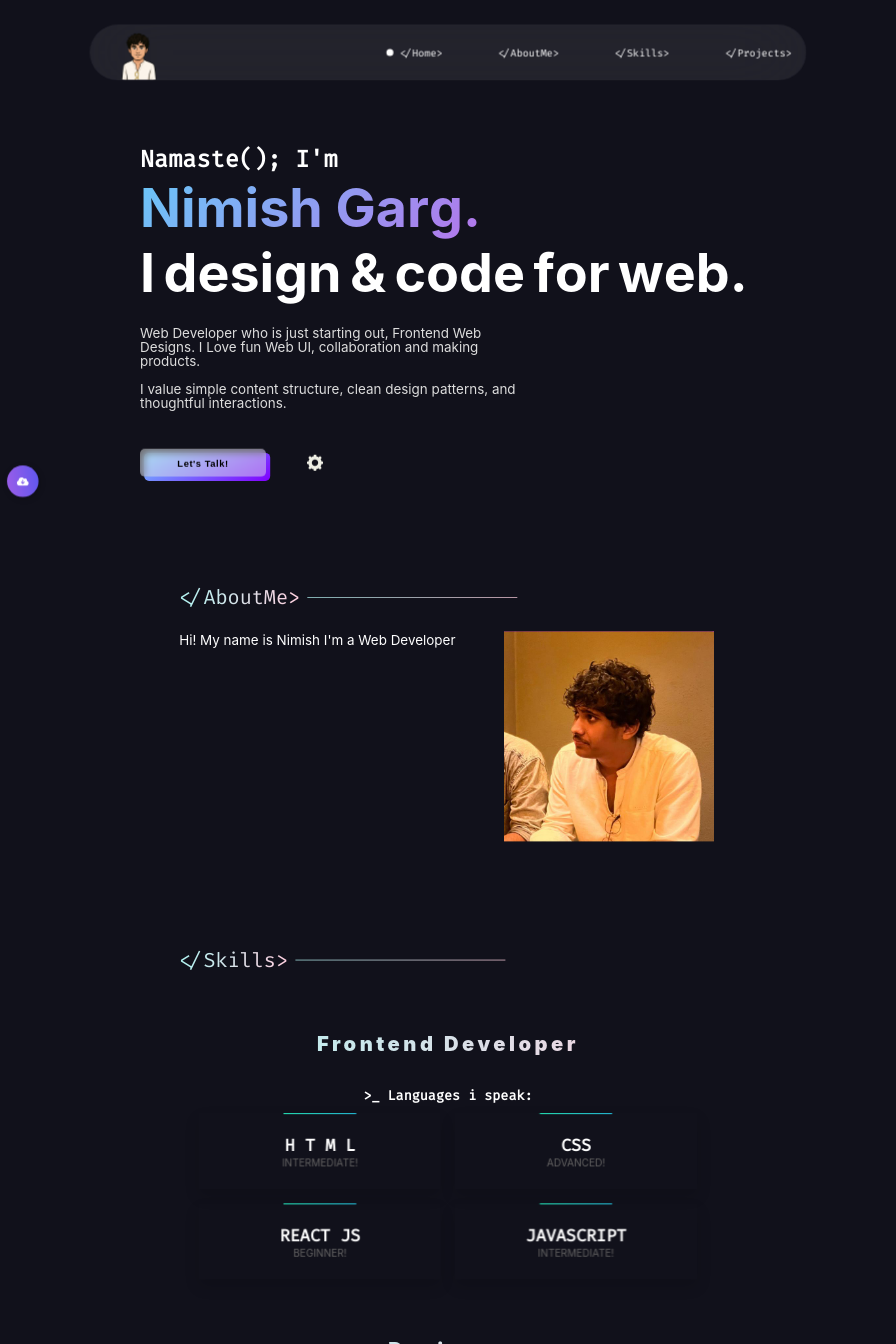
Repository: Nimish05Z/Profile
Page: indexasdadads.html
The author's editor kept a copy of each file at every save. The page is drawn from the files as they stood at one save, then again after the next save.
The browser window is 1280 px wide. The pictures show the part of the page from y = 0 to 1920 px (the page is 5564 px tall), at 70% of full size.
A picture or video elsewhere on the page could not be fetched, so the positions and the page height are approximate. Some web fonts or font styles are not loaded; a fallback is used.

Above is the page before, as saved 2025-05-04 12:26:55.
Console error: TypeError: Cannot read properties of null (reading 'addEventListener')

### indexasdadads.html
<!DOCTYPE html>
<html lang="en">
	<head>
		<meta charset="UTF-8" />
		<meta name="viewport" content="width=device-width, initial-scale=1.0" />
		<title>Nimish Garg</title>

		<!-- Favicon -->
		<link rel="icon" type="image/png" href="src/media/favicon.webp" />

		<!-- Styles -->
		<link rel="stylesheet" href="./style.css" />
		<link
			rel="stylesheet"
			href="https://fonts.googleapis.com/css2?family=Material+Symbols+Outlined:opsz,wght,FILL,GRAD@48,400,0,0" />
		<link
			rel="stylesheet"
			href="https://fonts.googleapis.com/css2?family=Passions+Conflict&family=Orbitron&family=Fira+Code&family=Six+Caps" />

		<!-- Open Graph for Social Sharing -->
		<meta property="og:title" content="Nimish Garg – Founder @ Market Mate" />
		<meta property="og:description" content="Explore my journey, startup, and work portfolio." />
		<meta property="og:image" content="src/webp/pic3.webp" />

		<!-- SEO -->
		<meta
			name="description"
			content="Portfolio website of Nimish Garg, entrepreneur and founder of Market Mate." />
	</head>
	<body class="body">
		<audio loop="" id="audioPlayer" autoplay="" style="display: none">
			<source src="src/media/preloader.mp3" type="audio/mp3" />
		</audio>
		<div id="preloader"></div>
		<noscript>
			<div style="text-align: center; color: red; font-weight: bold">
				<div>This website requires JavaScript to function properly.</div>
				<div>Please enable JavaScript in your browser settings and refresh the page.</div>
			</div>
		</noscript>

		<header>
			<div class="navbar" id="navbar">
				<div class="hey">Hey!</div>
				<div class="logo" tabindex="0">
					<div class="logo-bottom">
						<img src="src/webp/pic1.png" alt="animation-body" />
					</div>
				</div>
				<div class="navbar-tabs" id="navbar-tabs">
					<ul class="navbar-tabs-ul">
						<a href="#home" tabindex="0" aria-label="Home menu button">
							<li
								class="home activeThistab navbar-tabs-li"
								data-aos="fade-down"
								data-aos-delay="100">
								&#60;/Home&#62;
							</li>
						</a>
						<a href="#about" aria-label="about menu button">
							<li class="about navbar-tabs-li" data-aos="fade-down" data-aos-delay="300">
								&#60;/AboutMe&#62;
							</li>
						</a>
						<a href="#skills" aria-label="skills menu button">
							<li class="skills navbar-tabs-li" data-aos="fade-down" data-aos-delay="500">
								&#60;/Skills&#62;
							</li>
						</a>
						<a href="#projects" aria-label="projects menu button">
							<li
								class="projects navbar-tabs-li"
								data-aos="fade-down"
								data-aos-delay="700">
								&#60;/Projects&#62;
							</li>
						</a>
					</ul>
				</div>
			</div>
		</header>

		<main>
			<div class="hamburger" id="hamburger" data-aos="fade">
				<div class="hamburgerbase">
					<button
						id="hamburger-button"
						onclick="hamburgerMenu()"
						tabindex="0"
						aria-label="Menu Button">
						<span class="burger-bar" id="burger-bar1"></span>
						<span class="burger-bar" id="burger-bar2"></span>
						<span class="burger-bar" id="burger-bar3"></span>
					</button>
				</div>
			</div>
			<div class="mobiletogglemenu" id="mobiletogglemenu">
				<!-- <div class="emptyarea" id="emptyarea"></div> -->
				<ul class="mobile-navbar-tabs-ul" id="mobile-ul">
					<a href="#home" tabindex="0" aria-label="Home menu button">
						<li
							id="home-mobile-tab"
							class="mobile-navbar-tabs-li home activeThismobiletab"
							onclick="hidemenubyli()">
							&#60;/Home&#62;
						</li>
					</a>
					<a href="#about" tabindex="0" aria-label="about menu button">
						<li
							id="aboutme-mobile-tab"
							class="mobile-navbar-tabs-li about"
							onclick="hidemenubyli()">
							&#60;/AboutMe&#62;
						</li>
					</a>
					<a href="#skills" tabindex="0" aria-label="skills menu button">
						<li
							id="skills-mobile-tab"
							class="mobile-navbar-tabs-li skills"
							onclick="hidemenubyli()">
							&#60;/Skills&#62;
						</li>
					</a>
					<a href="#projects" tabindex="0" aria-label="projects menu button">
						<li
							id="projects-mobile-tab"
							class="mobile-navbar-tabs-li projects"
							onclick="hidemenubyli()">
							&#60;/Projects&#62;
						</li>
					</a>
				</ul>
			</div>
			<div class="fakenavbar"></div>

			<section class="landing-page-container" id="home">
				<div class="text-content">
					<article id="hello-friend" data-aos="fade-up" data-aos-delay="0">
						<p class="jello">N</p>
						<p class="jello">a</p>
						<p class="jello">m</p>
						<p class="jello">a</p>
						<p class="jello">s</p>
						<p class="jello">t</p>
						<p class="jello">e</p>
						<p class="jello">(</p>
						<p class="jello">)</p>
						<p class="jello">;</p>
						&nbsp;
						<p class="jello">I</p>
						<p class="jello">'</p>
						<p class="jello">m</p>
					</article>
					<article id="name" data-aos="fade-up" data-aos-delay="200">
						<p class="jello">N</p>
						<p class="jello">i</p>
						<p class="jello">m</p>
						<p class="jello">i</p>
						<p class="jello">s</p>
						<p class="jello">h</p>
						&nbsp;
						<p class="jello">G</p>
						<p class="jello">a</p>
						<p class="jello">r</p>
						<p class="jello">g</p>
						<p class="jello">.</p>
					</article>

					<article id="work" data-aos="fade-up" data-aos-delay="400">
						<div><p class="jello">I</p></div>
						<div>
							<p class="jello">d</p>
							<p class="jello">e</p>
							<p class="jello">s</p>
							<p class="jello">i</p>
							<p class="jello">g</p>
							<p class="jello">n</p>
						</div>
						<div><p class="jello">&</p></div>
						<div>
							<p class="jello">c</p>
							<p class="jello">o</p>
							<p class="jello">d</p>
							<p class="jello">e</p>
						</div>
						<div>
							<p class="jello">f</p>
							<p class="jello">o</p>
							<p class="jello">r</p>
						</div>
						<div>
							<p class="jello">w</p>
							<p class="jello">e</p>
							<p class="jello">b</p>
							<p class="jello">.</p>
						</div>
					</article>
					<p id="info-para" data-aos="fade-up" data-aos-delay="600">
						Web Developer who is just starting out, Frontend Web Designs. I Love fun Web UI,
						collaboration and making products.
						<br />
						<br />
						I value simple content structure, clean design patterns, and thoughtful
						interactions.
					</p>
					<div class="contact-btn-div" data-aos="fade-up" data-aos-delay="800">
						<a href="mailto:nimishgrg05@gmail.com" tabindex="-1">
							<button class="letsTalkBtn">
								<p class="letsTalkBtn-text">Let's Talk!</p>
								<span class="letsTalkBtn-BG"></span>
							</button>
						</a>
						<div class="setting-container" id="setting-container">
							<input type="checkbox" id="switchforsetting" onclick="settingtoggle()" />

							<label
								for="switchforsetting"
								id="labelforsetting"
								tabindex="0"
								aria-label="settings for sound and appearance"></label>

							<div
								class="visualmodetogglebuttoncontainer"
								id="visualmodetogglebuttoncontainer">
								<input type="checkbox" id="switchforvisualmode" onclick="visualmode()" />
								<label
									for="switchforvisualmode"
									id="labelforvisualmode"
									tabindex="0"
									aria-label="switch appearance"></label>
							</div>

							<div class="soundtogglebuttoncontainer" id="soundtogglebuttoncontainer">
								<input type="checkbox" id="switchforsound" onclick="playpause()" />
								<label
									for="switchforsound"
									id="labelforsound"
									tabindex="0"
									aria-label="switch sound"></label>
							</div>
						</div>
					</div>
				</div>
				<button class="resume-btn" id="resume-btn" onclick="openURL()">
					<div class="sign">
						<svg viewBox="0 0 640 512">
							<path
								d="M144 480C64.5 480 0 415.5 0 336c0-62.8 40.2-116.2 96.2-135.9c-.1-2.7-.2-5.4-.2-8.1c0-88.4 71.6-160 160-160c59.3 0 111 32.2 138.7 80.2C409.9 102 428.3 96 448 96c53 0 96 43 96 96c0 12.2-2.3 23.8-6.4 34.6C596 238.4 640 290.1 640 352c0 70.7-57.3 128-128 128H144zm79-167l80 80c9.4 9.4 24.6 9.4 33.9 0l80-80c9.4-9.4 9.4-24.6 0-33.9s-24.6-9.4-33.9 0l-39 39V184c0-13.3-10.7-24-24-24s-24 10.7-24 24V318.1l-39-39c-9.4-9.4-24.6-9.4-33.9 0s-9.4 24.6 0 33.9z" />
						</svg>
					</div>

					<div class="text">Resume</div>
				</button>
			</section>

			<section class="about-section-container" id="about" data-aos="fade-up">
				<div class="about-section">
					<div class="about-heading">
						<article
							class="about-heading-article"
							tabindex="0"
							aria-label="About me heading">
							&#60;/AboutMe&#62;
						</article>
						<p class="aboutHeadingP"></p>
					</div>

					<div class="info-dp-section">
						<div class="about-info">
							<p tabindex="0">Hi! My name is Nimish I'm a Web Developer</p>
							<br />
							<p tabindex="0"></p>
							<br />
							<p tabindex="0"></p>
						</div>

						<div class="dp" data-aos="fade-up">
							<img
								src="src/jpg/Nimish_DP.jpg"
								alt="Nimish Garg"
								tabindex="0"
								aria-label="image of Nimish" />
						</div>
					</div>
				</div>
			</section>

			<section class="skills-section-container" id="skills">
				<div class="skills-section">
					<div class="skills-heading" data-aos="fade-up">
						<article class="skills-heading-article" tabindex="0" aria-label="skills heading">
							&#60;/Skills&#62;
						</article>
						<p class="skillsHeadingP"></p>
					</div>

					<div class="frontend-dev-section">
						<div
							class="frontend-dev-heading"
							data-aos="fade-up"
							tabindex="0"
							aria-label="As a frontend a developer these are the skills i have">
							Frontend Developer
						</div>
						<div class="language-speak">
							<article tabindex="0" aria-label="languages i speak below">
								>_ Languages i speak:
							</article>
						</div>
						<div class="languages-section">
							<div class="language-name" data-aos="fade-up" id="html">
								<article tabindex="0" aria-label="HTML">H T M L</article>
								<p>INTERMEDIATE!</p>
							</div>

							<div class="language-name" data-aos="fade-up" id="css">
								<article tabindex="0" aria-label="C S S">CSS</article>
								<p>ADVANCED!</p>
							</div>
							<div class="language-name" data-aos="fade-up" id="react">
								<article tabindex="0" aria-label="React J S">REACT JS</article>
								<p>BEGINNER!</p>
							</div>
							<div class="language-name" data-aos="fade-up" id="js">
								<article tabindex="0" aria-label="Javascript">JAVASCRIPT</article>
								<p>INTERMEDIATE!</p>
							</div>
						</div>
					</div>
					<div class="designing-section frontend-dev-section">
						<div
							class="designing-heading frontend-dev-heading"
							data-aos="fade-up"
							tabindex="0"
							aria-label="as a designer these are the skills i have">
							Designer
						</div>
						<div class="enjoy-designing language-speak" data-aos="fade-up">
							<article>Things i enjoy Designing:</article>
						</div>
						<div class="tool-section languages-section">
							<div class="tool-name language-name" data-aos="fade-up" id="ap">
								<article tabindex="0" aria-label="Adobe Photoshop">
									ADOBE PHOTOSHOP
								</article>
								<p>INTERMEDIATE!</p>
							</div>
							<div class="tool-name language-name" data-aos="fade-up" id="canva">
								<article tabindex="0" aria-label="canva">CANVA</article>
								<p>BEGINNER</p>
							</div>
							<div class="tool-name language-name" data-aos="fade-up" id="ai">
								<article tabindex="0" aria-label="Figma">FIGMA</article>
								<p>INTERMEDIATE!</p>
							</div>
						</div>
					</div>
					<div class="other-languages frontend-dev-section">
						<div
							class="languages-heading frontend-dev-heading"
							data-aos="fade-up"
							tabindex="0"
							aria-label="as a programmer skills i have">
							Programmer
						</div>
						<div class="languages-i-know language-speak" data-aos="fade-up">
							<article>>_ Other Languages i Know:</article>
						</div>
						<div class="programming-section languages-section">
							<div class="language-name language-name" data-aos="fade-up" id="c">
								<article tabindex="0" aria-label="C a programming language">
									PYTHON
								</article>
								<p>INTERMEDIATE!</p>
							</div>
							<div class="language-name language-name" data-aos="fade-up" id="cpp">
								<article tabindex="0" aria-label="C plus plus a programming language">
									C++
								</article>
								<p>BEGINNER!</p>
							</div>
						</div>
					</div>
				</div>
			</section>

			<section class="projects-section-container" id="projects">
				<div class="projects-section-div">
					<div class="projects-heading">
						<article
							class="projects-heading-article"
							tabindex="0"
							aria-label="My projects starts from here">
							&#60;/Projects&#62;
						</article>
						<p class="projectsHeadingP"></p>
					</div>
					<div class="project-boxes-div">
						<a
							href="https://659596826ee0f12300ad3ffc--superlative-empanada-87fcc3.netlify.app/"
							target="_blank">
							<div class="project-box project-box1" id="project-box1">
								<div class="info-div">
									<img src="src/Resume/tree.webp" alt="" class="faviconforProject" />
									<article class="ProjectHeading">Project Parallax</article>
									<p class="ProjectDescription">
										Dynamic scrolling, immersive visuals, and seamless user
										experience redefines online interaction.
									</p>
									<button class="cta">
										<span>See the Live Site</span>
										<svg viewBox="0 0 13 10" height="10px" width="15px">
											<path d="M1,5 L11,5"></path>
											<polyline points="8 1 12 5 8 9"></polyline>
										</svg>
									</button>
								</div>
								<div class="image-div">
									<img src="src/webp/Project Parallax.webp" alt="" />
								</div>
							</div>
						</a>

						<a
							href="https://659596e6a6fb80008c0941a9--incomparable-vacherin-769488.netlify.app/"
							target="_blank">
							<div class="project-box project-box2" id="project-box2">
								<div class="info-div">
									<img
										src="src/Resume/contact-form.webp"
										alt=""
										class="faviconforProjectAquaregia" />
									<article class="ProjectHeading">Validation Form</article>
									<p class="ProjectDescription">
										Secure your access with this streamlined login portal. Validate
										your credentials effortlessly for a seamless and protected online
										experience.
									</p>
									<button class="cta">
										<span>See the Live Site</span>
										<svg viewBox="0 0 13 10" height="10px" width="15px">
											<path d="M1,5 L11,5"></path>
											<polyline points="8 1 12 5 8 9"></polyline>
										</svg>
									</button>
								</div>
								<div class="image-div">
									<img src="src/webp/Validation Form.webp" alt="" />
								</div>
							</div>
						</a>

						<a
							href="https://6595973882e52623e79001d2--luxury-piroshki-9a19fb.netlify.app/"
							target="_blank">
							<div class="project-box project-box3" id="project-box3">
								<div class="info-div">
									<img
										src="src/Resume/lock (2).webp"
										alt=""
										class="faviconforProject" />
									<article class="ProjectHeading">Password Strength Checker</article>
									<p class="ProjectDescription">
										Enhance your online security with our Password Strength Checker –
										a simple tool to ensure robust and reliable passwords for
										protection.
									</p>
									<button class="cta">
										<span>See the Live Site</span>
										<svg viewBox="0 0 13 10" height="10px" width="15px">
											<path d="M1,5 L11,5"></path>
											<polyline points="8 1 12 5 8 9"></polyline>
										</svg>
									</button>
								</div>
								<div class="image-div">
									<img src="src/webp/Strength checker.webp" alt="" />
								</div>
							</div>
						</a>

						<a
							href="https://nimish05z.github.io/Assignment-on-Kidz-World-Functional---Part-2/"
							target="_blank">
							<div class="project-box project-box4" id="project-box4">
								<div class="info-div">
									<img
										src="src/Resume/online-shopping.webp"
										alt=""
										class="faviconforProjectAquaregia" />
									<article class="ProjectHeading">Kidz World</article>
									<p class="ProjectDescription">
										Explore a world of literary treasures on our online bookstore.
										Browse, buy, and indulge in a seamless book-shopping experience
									</p>
									<button class="cta">
										<span>See the Live Site</span>
										<svg viewBox="0 0 13 10" height="10px" width="15px">
											<path d="M1,5 L11,5"></path>
											<polyline points="8 1 12 5 8 9"></polyline>
										</svg>
									</button>
								</div>
								<div class="image-div">
									<img src="src/webp/E-commerce Website.webp" alt="" />
								</div>
							</div>
						</a>

						<a href="https://nimish05z.github.io/Memory-Tile/" target="_blank">
							<div class="project-box project-box5" id="project-box5">
								<div class="info-div">
									<img
										src="src/ico/spaceship.ico"
										alt=""
										class="faviconforProjectAquaregia" />
									<article class="ProjectHeading">Metor fight</article>
									<p class="ProjectDescription">
										Defend Earth by shooting down incoming meteors. Test your
										reflexes in this fast-paced, addictive arcade game!.
									</p>
									<button class="cta">
										<span>See the Live Site</span>
										<svg viewBox="0 0 13 10" height="10px" width="15px">
											<path d="M1,5 L11,5"></path>
											<polyline points="8 1 12 5 8 9"></polyline>
										</svg>
									</button>
								</div>
								<div class="image-div">
									<img src="src/webp/Space Fly game.webp" alt="" />
								</div>
							</div>
						</a>
					</div>
				</div>
			</section>
		</main>

		<footer>
			<button class="fas" id="backtotopbutton" onclick="scrolltoTopfunction()">
				<article aria-label="Back to top">&#8592;BACK TO TOP</article>
			</button>
			<div class="footercontainer">
				<div class="two-words">
					<article tabindex="0" aria-label="Learning, Living, and Leveling Up, my quote">
						"Learning, Living, and Leveling Up."
					</article>
				</div>
				<div class="social-media-container">
					<div class="getintouch-heading"><article>GetinTouch();</article></div>
					<div class="logos">
						<a
							href="https://www.instagram.com/nimish05z/"
							target="_blank"
							tabindex="0"
							aria-label="My instagram">
							<svg viewBox="0 0 448 512" class="SocialHandle">
								<path
									d="M224.1 141c-63.6 0-114.9 51.3-114.9 114.9s51.3 114.9 114.9 114.9S339 319.5 339 255.9 287.7 141 224.1 141zm0 189.6c-41.1 0-74.7-33.5-74.7-74.7s33.5-74.7 74.7-74.7 74.7 33.5 74.7 74.7-33.6 74.7-74.7 74.7zm146.4-194.3c0 14.9-12 26.8-26.8 26.8-14.9 0-26.8-12-26.8-26.8s12-26.8 26.8-26.8 26.8 12 26.8 26.8zm76.1 27.2c-1.7-35.9-9.9-67.7-36.2-93.9-26.2-26.2-58-34.4-93.9-36.2-37-2.1-147.9-2.1-184.9 0-35.8 1.7-67.6 9.9-93.9 36.1s-34.4 58-36.2 93.9c-2.1 37-2.1 147.9 0 184.9 1.7 35.9 9.9 67.7 36.2 93.9s58 34.4 93.9 36.2c37 2.1 147.9 2.1 184.9 0 35.9-1.7 67.7-9.9 93.9-36.2 26.2-26.2 34.4-58 36.2-93.9 2.1-37 2.1-147.8 0-184.8zM398.8 388c-7.8 19.6-22.9 34.7-42.6 42.6-29.5 11.7-99.5 9-132.1 9s-102.7 2.6-132.1-9c-19.6-7.8-34.7-22.9-42.6-42.6-11.7-29.5-9-99.5-9-132.1s-2.6-102.7 9-132.1c7.8-19.6 22.9-34.7 42.6-42.6 29.5-11.7 99.5-9 132.1-9s102.7-2.6 132.1 9c19.6 7.8 34.7 22.9 42.6 42.6 11.7 29.5 9 99.5 9 132.1s2.7 102.7-9 132.1z" />
							</svg>
						</a>
						<a
							href="https://www.linkedin.com/in/nimish05z/"
							target="_blank"
							aria-label="My Linkdin">
							<svg class="SocialHandle" viewBox="0 0 448 512">
								<path
									d="M100.28 448H7.4V148.9h92.88zM53.79 108.1C24.09 108.1 0 83.5 0 53.8a53.79 53.79 0 0 1 107.58 0c0 29.7-24.1 54.3-53.79 54.3zM447.9 448h-92.68V302.4c0-34.7-.7-79.2-48.29-79.2-48.29 0-55.69 37.7-55.69 76.7V448h-92.78V148.9h89.08v40.8h1.3c12.4-23.5 42.69-48.3 87.88-48.3 94 0 111.28 61.9 111.28 142.3V448z" />
							</svg>
						</a>
						<a href="https://github.com/Nimish05Z" target="_blank" aria-label="My github">
							<svg viewBox="0 0 496 512" class="SocialHandle">
								<path
									d="M165.9 397.4c0 2-2.3 3.6-5.2 3.6-3.3.3-5.6-1.3-5.6-3.6 0-2 2.3-3.6 5.2-3.6 3-.3 5.6 1.3 5.6 3.6zm-31.1-4.5c-.7 2 1.3 4.3 4.3 4.9 2.6 1 5.6 0 6.2-2s-1.3-4.3-4.3-5.2c-2.6-.7-5.5.3-6.2 2.3zm44.2-1.7c-2.9.7-4.9 2.6-4.6 4.9.3 2 2.9 3.3 5.9 2.6 2.9-.7 4.9-2.6 4.6-4.6-.3-1.9-3-3.2-5.9-2.9zM244.8 8C106.1 8 0 113.3 0 252c0 110.9 69.8 205.8 169.5 239.2 12.8 2.3 17.3-5.6 17.3-12.1 0-6.2-.3-40.4-.3-61.4 0 0-70 15-84.7-29.8 0 0-11.4-29.1-27.8-36.6 0 0-22.9-15.7 1.6-15.4 0 0 24.9 2 38.6 25.8 21.9 38.6 58.6 27.5 72.9 20.9 2.3-16 8.8-27.1 16-33.7-55.9-6.2-112.3-14.3-112.3-110.5 0-27.5 7.6-41.3 23.6-58.9-2.6-6.5-11.1-33.3 2.6-67.9 20.9-6.5 69 27 69 27 20-5.6 41.5-8.5 62.8-8.5s42.8 2.9 62.8 8.5c0 0 48.1-33.6 69-27 13.7 34.7 5.2 61.4 2.6 67.9 16 17.7 25.8 31.5 25.8 58.9 0 96.5-58.9 104.2-114.8 110.5 9.2 7.9 17 22.9 17 46.4 0 33.7-.3 75.4-.3 83.6 0 6.5 4.6 14.4 17.3 12.1C428.2 457.8 496 362.9 496 252 496 113.3 383.5 8 244.8 8zM97.2 352.9c-1.3 1-1 3.3.7 5.2 1.6 1.6 3.9 2.3 5.2 1 1.3-1 1-3.3-.7-5.2-1.6-1.6-3.9-2.3-5.2-1zm-10.8-8.1c-.7 1.3.3 2.9 2.3 3.9 1.6 1 3.6.7 4.3-.7.7-1.3-.3-2.9-2.3-3.9-2-.6-3.6-.3-4.3.7zm32.4 35.6c-1.6 1.3-1 4.3 1.3 6.2 2.3 2.3 5.2 2.6 6.5 1 1.3-1.3.7-4.3-1.3-6.2-2.2-2.3-5.2-2.6-6.5-1zm-11.4-14.7c-1.6 1-1.6 3.6 0 5.9 1.6 2.3 4.3 3.3 5.6 2.3 1.6-1.3 1.6-3.9 0-6.2-1.4-2.3-4-3.3-5.6-2z" />
							</svg>
						</a>
						<a href="mailto:nimishgrg05@gmail.com" target="_blank" aria-label="My G mail">
							<svg id="GmailLogo" viewBox="0 0 512 512">
								<path
									d="M64 112c-8.8 0-16 7.2-16 16v22.1L220.5 291.7c20.7 17 50.4 17 71.1 0L464 150.1V128c0-8.8-7.2-16-16-16H64zM48 212.2V384c0 8.8 7.2 16 16 16H448c8.8 0 16-7.2 16-16V212.2L322 328.8c-38.4 31.5-93.7 31.5-132 0L48 212.2zM0 128C0 92.7 28.7 64 64 64H448c35.3 0 64 28.7 64 64V384c0 35.3-28.7 64-64 64H64c-35.3 0-64-28.7-64-64V128z" />
							</svg>
						</a>
					</div>
				</div>
				<div class="footer-bottom">
					<article>Nimish Garg 2025</article>
				</div>
			</div>
		</footer>
	</body>

	<script src="main.js"></script>
	AOS.init();

	<script>
		function openURL() {
			var url = "src/pdf/Resume.pdf";

			window.open(url, "_blank");
		}
	</script>
</html>

Loaded but not shown: main.js (107 lines, source omitted); style.css (1592 lines, source omitted)

After the next save:
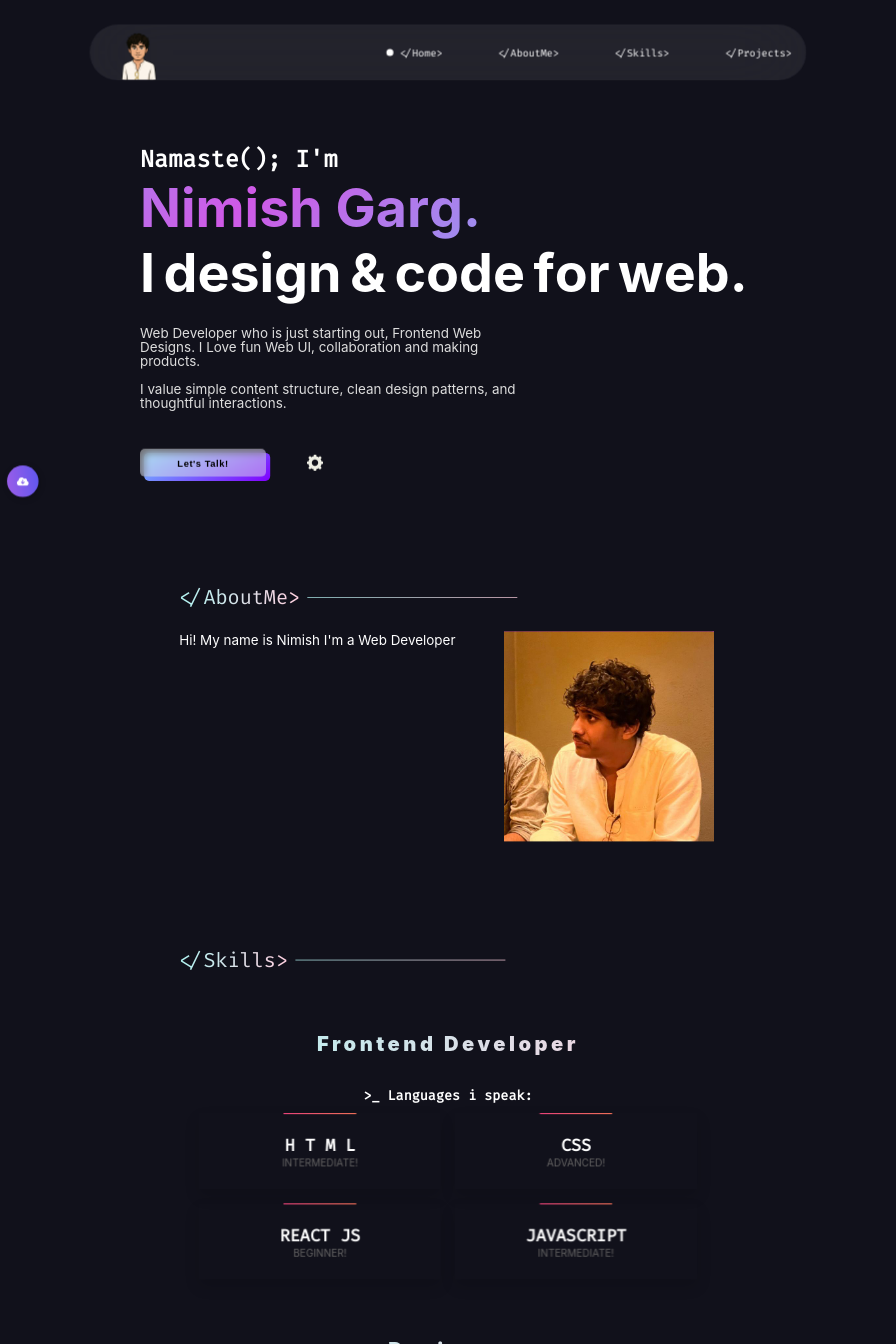
Console error: ReferenceError: scrollFunction is not defined
Saved 4 s later.
--- a/indexasdadads.html
+++ b/indexasdadads.html
@@ -95,7 +95,7 @@
 				</div>
 			</div>
 			<div class="mobiletogglemenu" id="mobiletogglemenu">
-				<!-- <div class="emptyarea" id="emptyarea"></div> -->
+				<div class="emptyarea" id="emptyarea"></div>
 				<ul class="mobile-navbar-tabs-ul" id="mobile-ul">
 					<a href="#home" tabindex="0" aria-label="Home menu button">
 						<li
